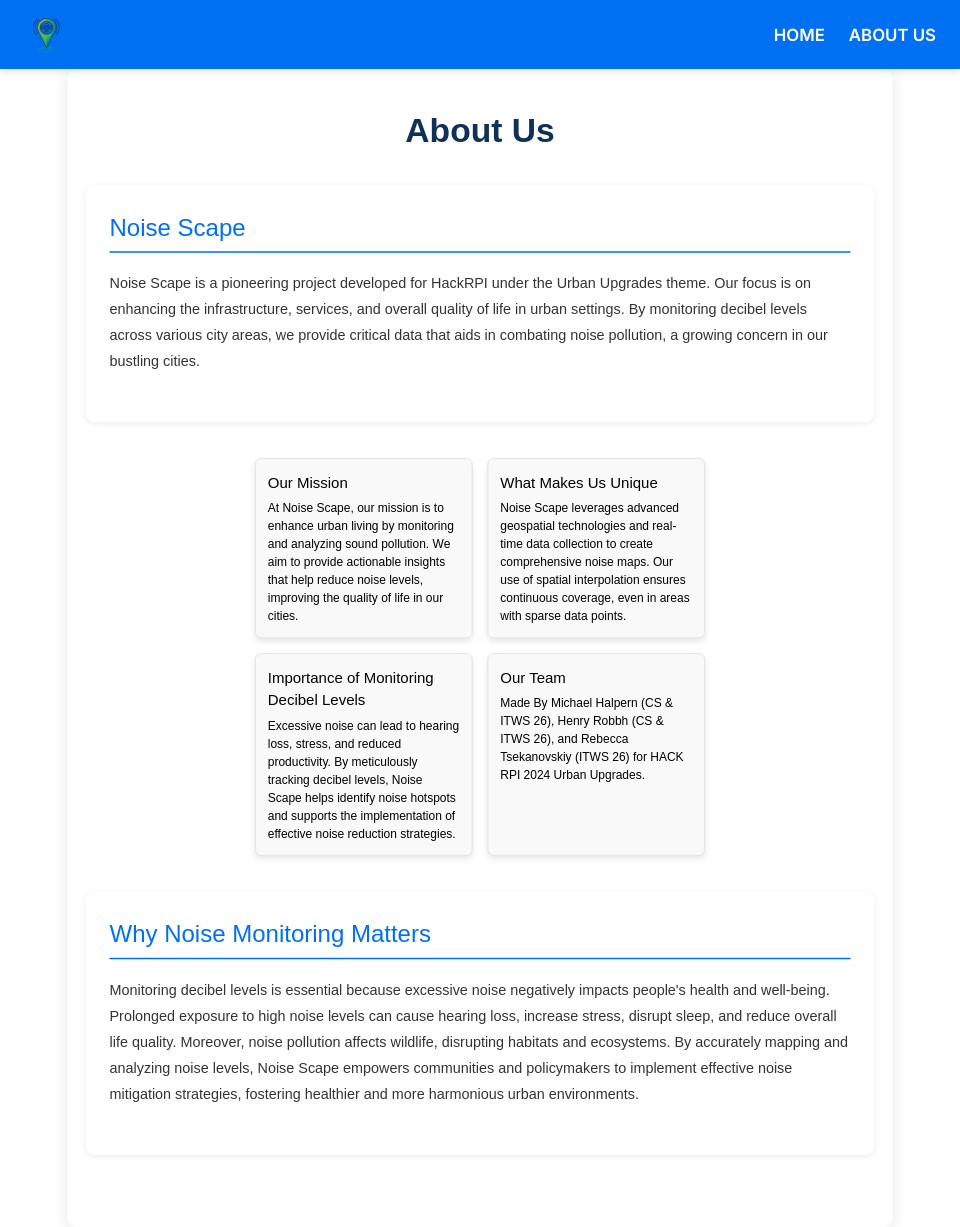
Repository: michaelhelper/HackRPI24
Page: /aboutUs (app in nextjs-dashboard/)
These files come from the project's save history. The page is drawn as it stood at one moment and after the next save; the edit follows.
The browser window is 1280 px wide. The pictures show the whole page, at 75% of full size.
Some web fonts or font styles are not loaded; a fallback is used. The project was rebuilt for these pictures with package versions that can differ from the ones it lists, and the page was loaded fresh each time. The framework's server and built-in components were replaced by stand-ins that run in the browser. Also part of the build but not shown: nextjs-dashboard/next.config.ts.

Above is the page before, as saved 2024-11-10 10:19:15.

After the next save:
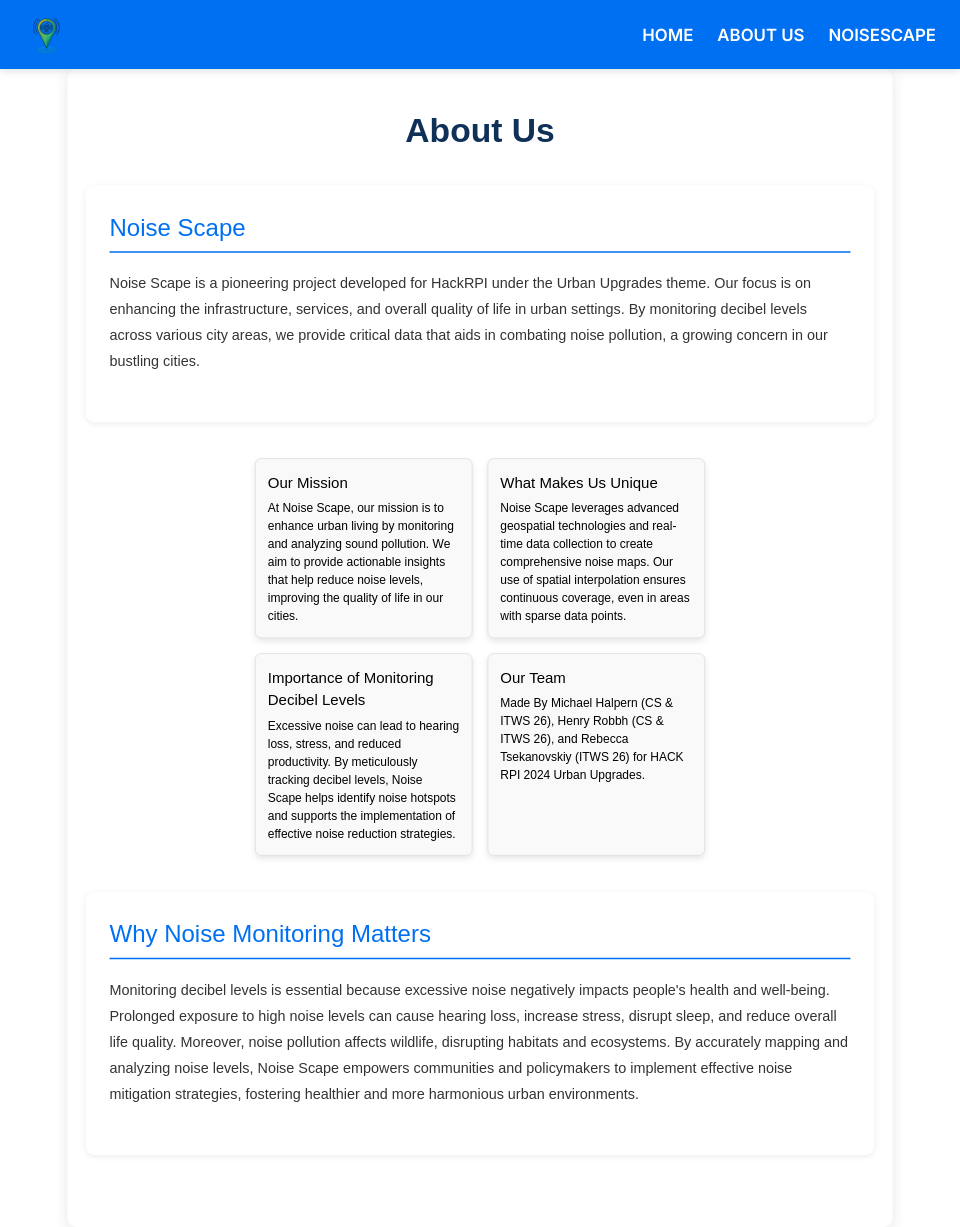
Saved 105 s later.
--- a/nextjs-dashboard/app/nav.tsx
+++ b/nextjs-dashboard/app/nav.tsx
@@ -22,6 +22,11 @@ const Navbar: React.FC = () => {
             ABOUT US
           </Link>
         </li>
+        <li className={styles.navItem}>
+          <Link href="/noiseScape" className={styles.navLink}>
+            NOISESCAPE
+          </Link>
+        </li>
       </ul>
     </nav>
   );
